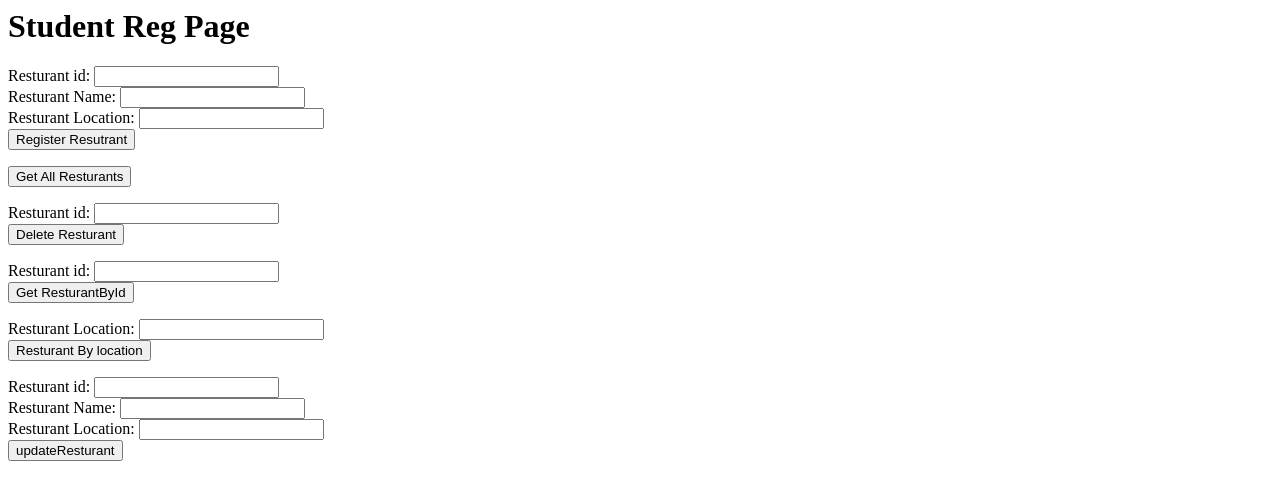
Repository: saikrishnaDsk/DelNex4D
Page: http://localhost/SprHibdelnex4d/WEB-INF/views/resturanthome.jsp
These files come from the project's save history. The page is drawn as it stood at one moment and after the next save; the edit follows.
The browser window is 1280 px wide. The pictures show the whole page.
The page is served by Tomcat 9. Nobody is signed in. Other server files are loaded and not shown. The template is opened directly, without the code that normally fills it, so the values that code supplies are empty.

Above is the page before, as saved 2020-01-13 11:08:20.

### workspace-sts-3.9.9.RELEASE/SprHibdelnex4d/src/main/webapp/WEB-INF/views/resturanthome.jsp
<%@ taglib uri="http://java.sun.com/jsp/jstl/core" prefix="c"%>
<%@ page session="false"%>
<html>
<head>
<title>Home</title>
</head>
<body>

	<h1>Student Reg Page</h1>


	<form action="saveResturant">


		Resturant id:		<input type="text" name="rid"> <br>
		Resturant Name:		<input type="text" name="name"> <br>
		Resturant Location:	<input type="text" name="location"> <br>

						<input type="submit" value="Register Resutrant"><br>
	</form>

	<form action="getAllResturants">

						<input type="submit" value="Get All Resturants">
	</form>
	<form action="deleteResturant">
 		Resturant id:	<input type="text" name="rid"> <br>
						<input type="submit" value="Delete Resturant">
	</form>
	<form action="getResturantById">
	 	Resturant id:	<input type="text" name="rid"> <br>
						<input type="submit" value="Get ResturantById">
	</form>
	<form action="getResturantByLocation">
	 	Resturant Location:	<input type="text" name="location"> <br>
						<input type="submit" value="Resturant By location">
	</form>
	<form action="updateResturant">
 						Resturant id:		<input type="text" name="rid"> <br>
						Resturant Name:		<input type="text" name="name"> <br>
						Resturant Location:	<input type="text" name="location"> <br>

						<input type="submit" value="updateResturant"><br>
	</form>

</body>
</html>

After the next save:
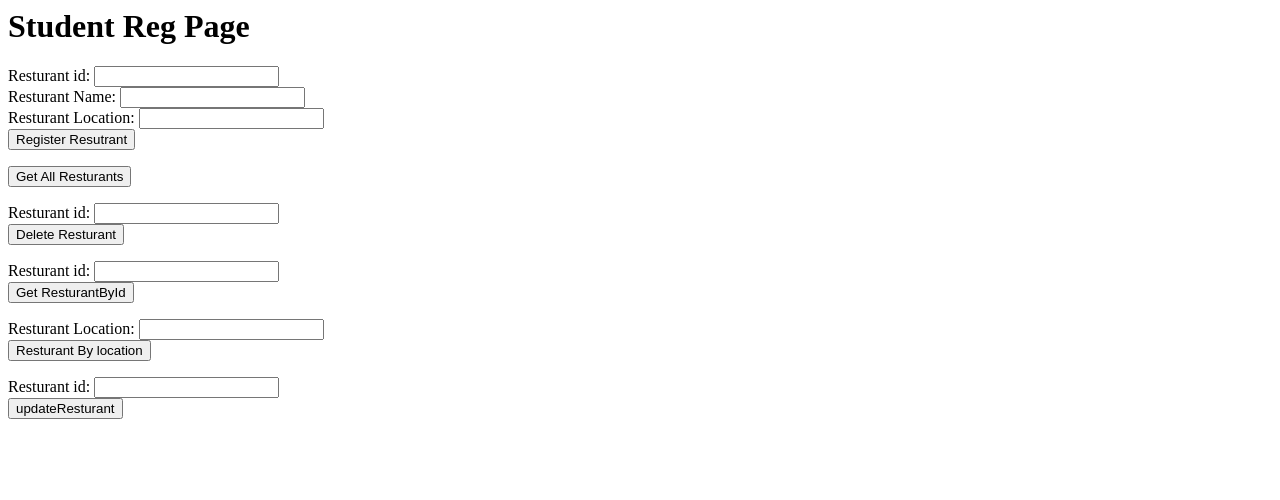
Saved 116 s later.
--- a/workspace-sts-3.9.9.RELEASE/SprHibdelnex4d/src/main/webapp/WEB-INF/views/resturanthome.jsp
+++ b/workspace-sts-3.9.9.RELEASE/SprHibdelnex4d/src/main/webapp/WEB-INF/views/resturanthome.jsp
@@ -37,11 +37,11 @@
 	</form>
 	<form action="updateResturant">
  						Resturant id:		<input type="text" name="rid"> <br>
-						Resturant Name:		<input type="text" name="name"> <br>
-						Resturant Location:	<input type="text" name="location"> <br>
+
 
 						<input type="submit" value="updateResturant"><br>
 	</form>
 
+
 </body>
 </html>
